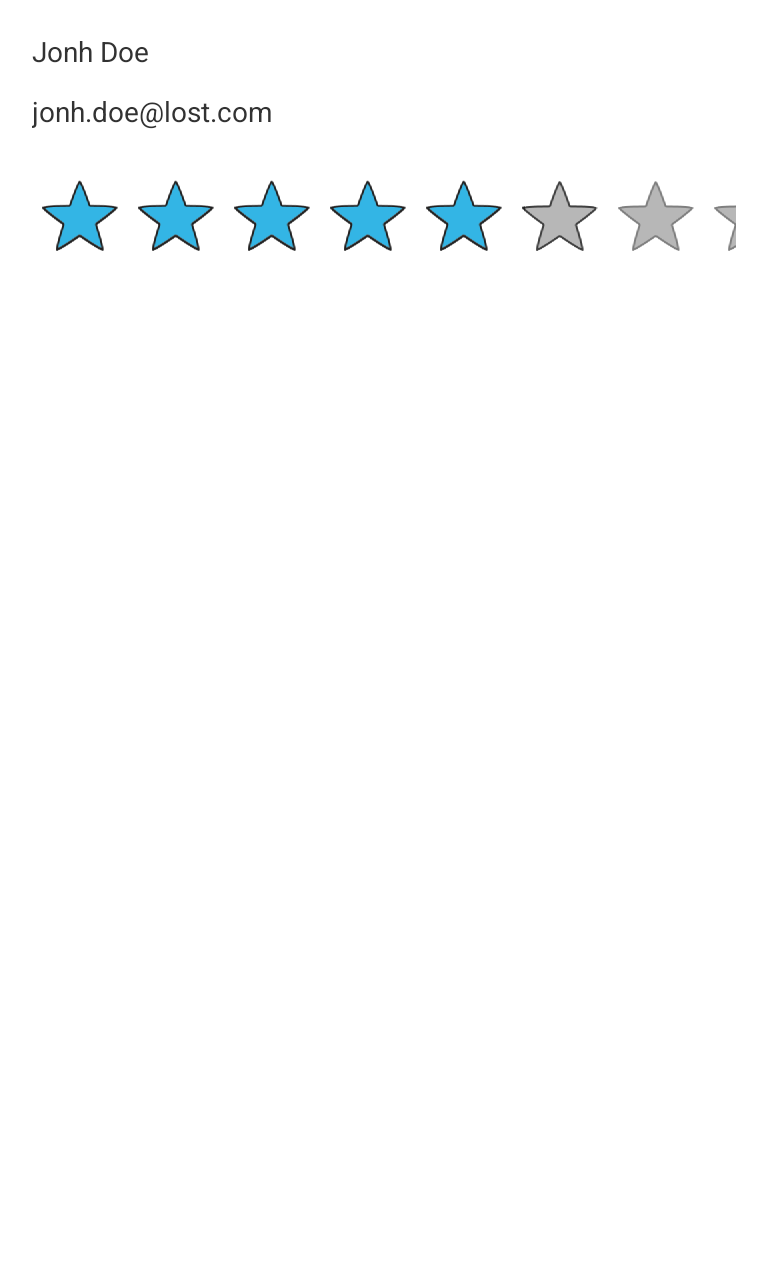
Repository: stefanyhurtado/Control2
Layout: Aci810-control1/Control2/res/layout/activity_show_form.xml
The author's editor kept a copy of each file at every save. The layout is drawn from the files as they stood at one save, then again after the next save.
It is drawn on a 768 x 1280 px phone screen (xhdpi) without system bars, with theme AppTheme; the app's code is not run.

Above is the layout before, as saved 2013-10-24 01:57:18.

After the next save:
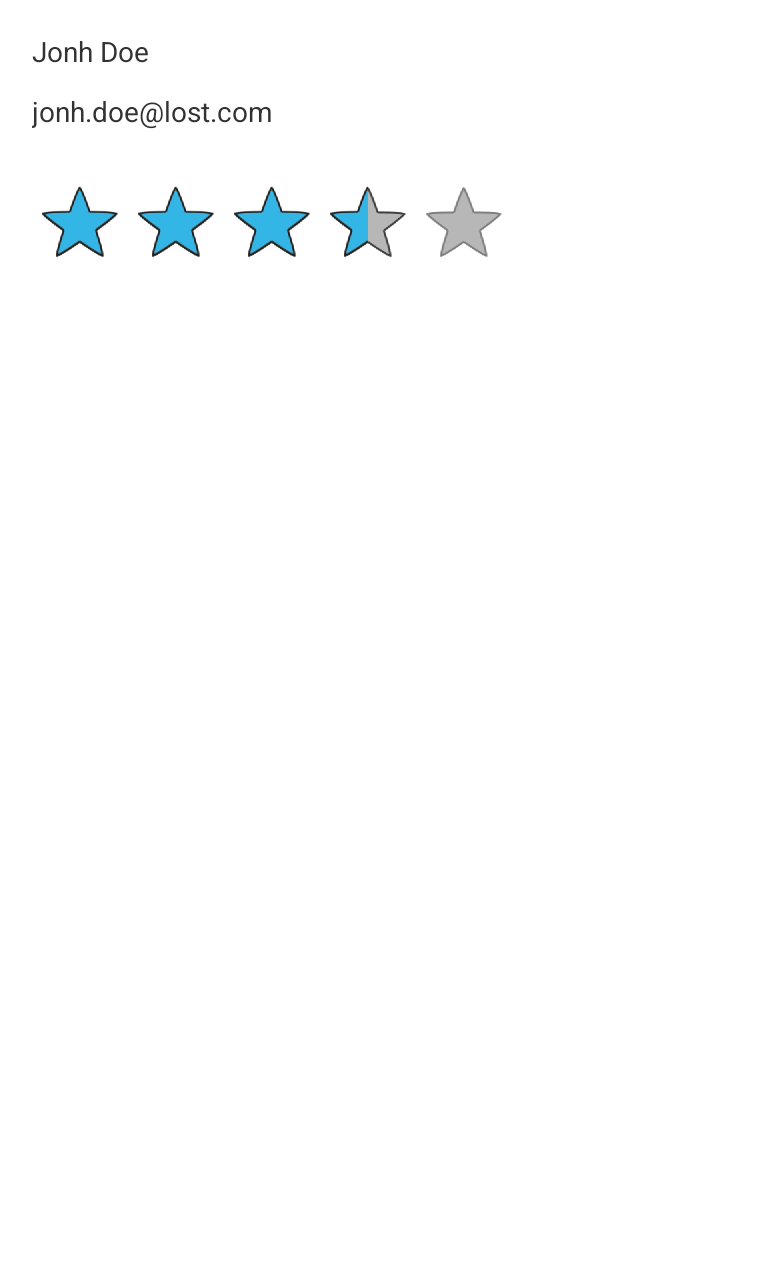
Saved 66 s later.
--- a/Aci810-control1/Control2/res/layout/activity_show_form.xml
+++ b/Aci810-control1/Control2/res/layout/activity_show_form.xml
@@ -24,11 +24,13 @@
 
     <RatingBar
         android:id="@+id/ratingBar1"
-        android:layout_width="match_parent"
+        android:layout_width="wrap_content"
         android:layout_height="wrap_content"
         android:layout_alignLeft="@+id/textView2"
         android:layout_below="@+id/textView2"
-        android:layout_marginTop="19dp"
-        android:rating="3.5" />
+        android:layout_marginTop="22dp"
+          android:numStars="5"
+        android:rating="3.5"
+        />
 
 </RelativeLayout>
